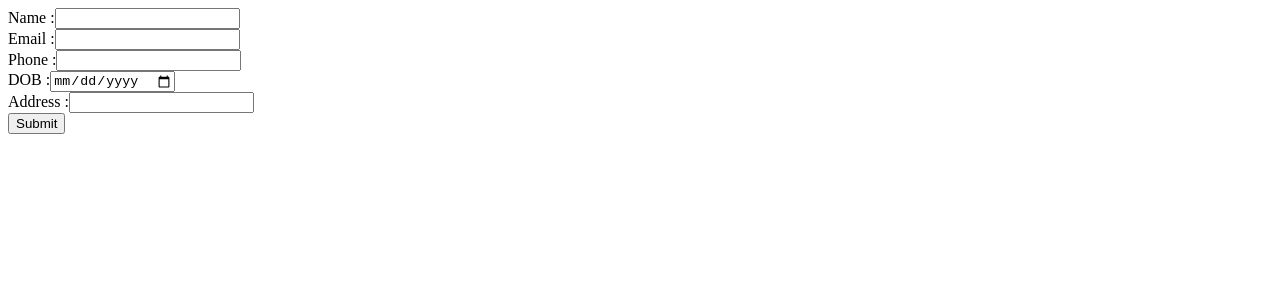
Repository: Amit1420/Advance-Java
Page: ServletIntro/src/main/webapp/register.html
The author's editor kept a copy of each file at every save. The page is drawn from the files as they stood at one save, then again after the next save.
The browser window is 1280 px wide. The pictures show the whole page.

Above is the page before, as saved 2023-05-05 09:35:17.

After the next save:
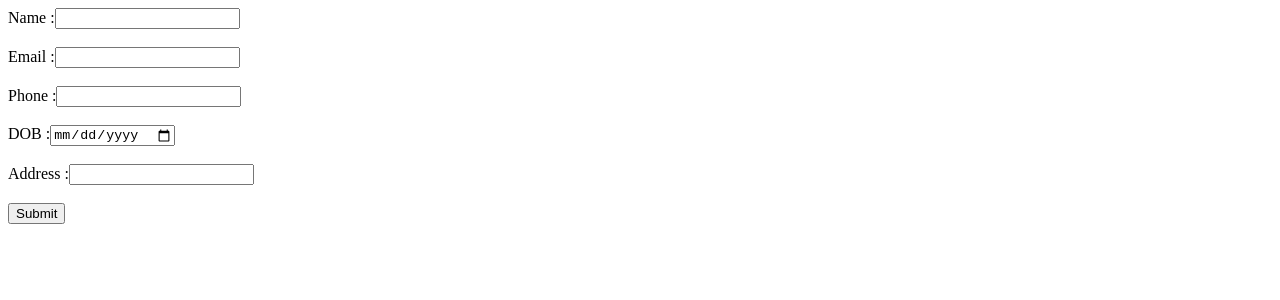
Saved 32 s later.
--- a/ServletIntro/src/main/webapp/register.html
+++ b/ServletIntro/src/main/webapp/register.html
@@ -6,11 +6,11 @@
 </head>
 <body>
 <form action="register">
-		<label>Name :</label><input type="text" name="name"><br>
-		<label>Email :</label><input type="text" name="email"><br>
-		<label>Phone :</label><input type="text" name="phone"><br>
-		<label>DOB :</label><input type="date" name="dob"><br>
-		<label>Address :</label><input type="text" name="address"><br>
+		<label>Name :</label><input type="text" name="name"><br><br>
+		<label>Email :</label><input type="text" name="email"><br><br>
+		<label>Phone :</label><input type="text" name="phone"><br><br>
+		<label>DOB :</label><input type="date" name="dob"><br><br>
+		<label>Address :</label><input type="text" name="address"><br><br>
 		<input type="submit">
 	</form>
 
